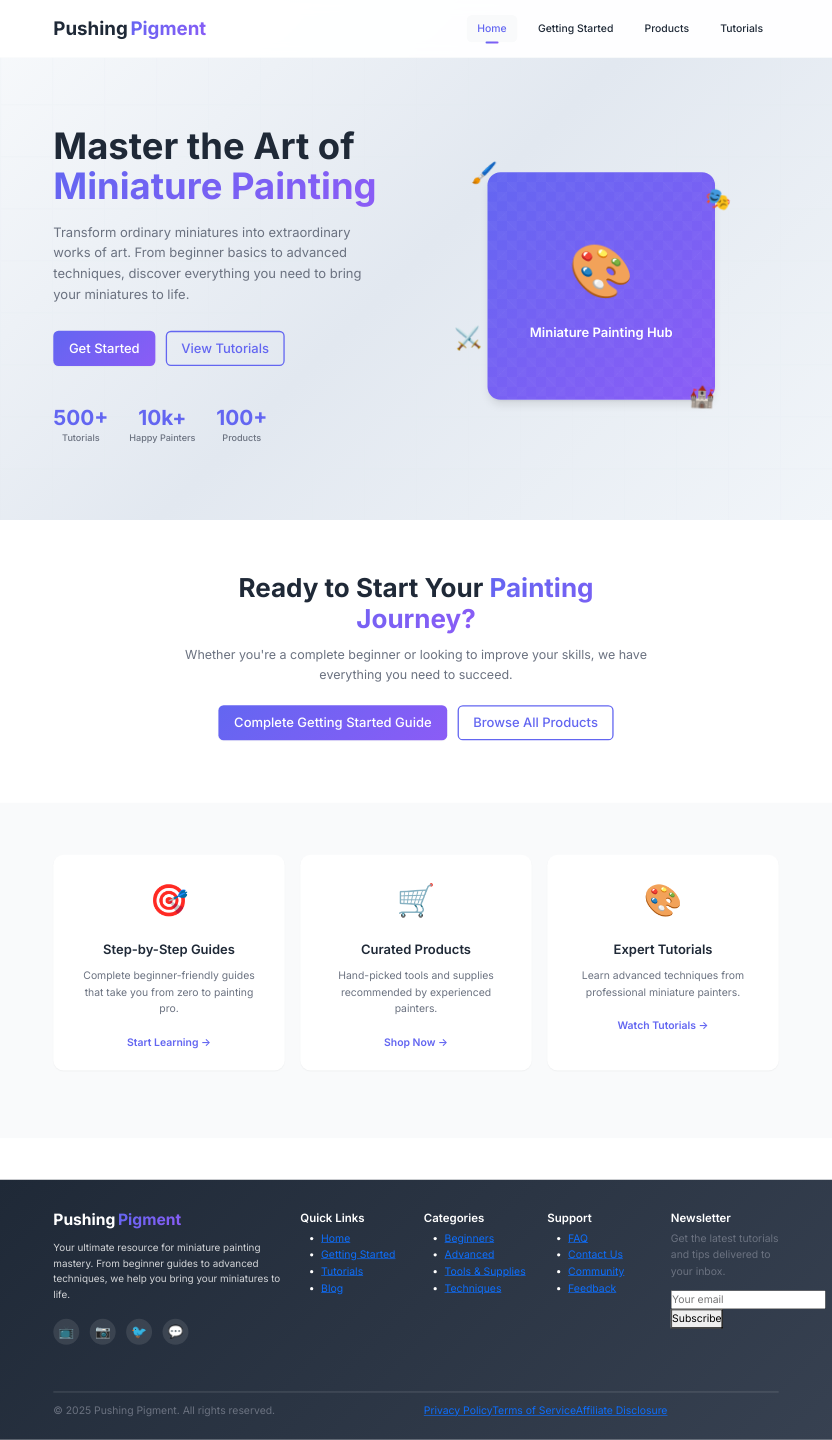
Repository: Aldentec/pushing-pigment-website
Page: /
These files come from the project's save history. The page is drawn as it stood at one moment and after the next save; the edit follows.
The browser window is 1280 px wide. The pictures show the whole page, at 65% of full size.
The project was rebuilt for these pictures with package versions that can differ from the ones it lists, and the page was loaded fresh each time. Also part of the build but not shown: src/data/tutorials.js, src/pages/Tutorials/Tutorials.css, src/pages/Tutorials/Tutorials.jsx, src/components/ProductCard/ProductCard.css, src/components/ProductCard/ProductCard.jsx, src/data/products.js, src/pages/Products/Products.css, src/pages/Products/Products.jsx and 3 more.

Above is the page before, as saved 2025-08-16 09:23:52.

### public/index.html
<!DOCTYPE html>
<html lang="en">
  <head>
    <meta charset="utf-8" />

    <!-- Basic Meta Tags -->
    <meta name="viewport" content="width=device-width, initial-scale=1" />
    <meta name="theme-color" content="#6366f1" />

    <!-- SEO Meta Tags -->
    <title>Pushing Pigment - Master Miniature Painting | Tutorials, Tools & Techniques</title>
    <meta name="description" content="Learn miniature painting with expert tutorials, essential tool guides, and step-by-step techniques. From beginner basics to advanced methods - your complete miniature painting resource." />
    <meta name="keywords" content="miniature painting, warhammer painting, mini painting tutorials, painting techniques, miniature paints, brushes, primer, tabletop gaming, model painting, acrylic paints" />
    <meta name="author" content="Pushing Pigment" />
    <meta name="robots" content="index, follow" />
    <link rel="canonical" href="https://pushingpigment.com" />

    <!-- Open Graph / Facebook -->
    <meta property="og:type" content="website" />
    <meta property="og:url" content="https://pushingpigment.com" />
    <meta property="og:title" content="Pushing Pigment - Master Miniature Painting | Tutorials & Tools" />
    <meta property="og:description" content="Learn miniature painting with expert tutorials, essential tool guides, and step-by-step techniques. From beginner basics to advanced methods." />
    <meta property="og:image" content="https://pushingpigment.com/og-image.jpg" />
    <meta property="og:site_name" content="Pushing Pigment" />
    <meta property="og:locale" content="en_US" />

    <!-- Twitter Card -->
    <meta property="twitter:card" content="summary_large_image" />
    <meta property="twitter:url" content="https://pushingpigment.com" />
    <meta property="twitter:title" content="Pushing Pigment - Master Miniature Painting" />
    <meta property="twitter:description" content="Learn miniature painting with expert tutorials, essential tool guides, and step-by-step techniques." />
    <meta property="twitter:image" content="https://pushingpigment.com/twitter-card.jpg" />
    <meta property="twitter:creator" content="@pushingpigment" />

    <!-- Additional SEO Tags -->
    <meta name="geo.region" content="US" />
    <meta name="geo.placename" content="United States" />
    <meta name="language" content="en-US" />
    <meta name="revisit-after" content="7 days" />
    <meta name="rating" content="general" />

    <!-- Favicons -->
    <link rel="icon" href="%PUBLIC_URL%/favicon.ico" />
    <link rel="apple-touch-icon" sizes="180x180" href="%PUBLIC_URL%/apple-touch-icon.png" />
    <link rel="icon" type="image/png" sizes="32x32" href="%PUBLIC_URL%/favicon-32x32.png" />
    <link rel="icon" type="image/png" sizes="16x16" href="%PUBLIC_URL%/favicon-16x16.png" />
    <link rel="manifest" href="%PUBLIC_URL%/site.webmanifest" />
    <link rel="mask-icon" href="%PUBLIC_URL%/safari-pinned-tab.svg" color="#6366f1" />
    <meta name="msapplication-TileColor" content="#6366f1" />
    <meta name="msapplication-config" content="%PUBLIC_URL%/browserconfig.xml" />

    <!-- Preconnect for Performance -->
    <link rel="preconnect" href="https://fonts.googleapis.com" />
    <link rel="preconnect" href="https://fonts.gstatic.com" crossorigin />
    <link rel="preconnect" href="https://www.amazon.com" />

    <!-- Google Fonts -->
    <link href="https://fonts.googleapis.com/css2?family=Inter:wght@300;400;500;600;700&display=swap" rel="stylesheet" />

    <!-- Structured Data / JSON-LD -->
    <script type="application/ld+json">
    {
      "@context": "https://schema.org",
      "@type": "WebSite",
      "name": "Pushing Pigment",
      "description": "Master miniature painting with expert tutorials, essential tool guides, and step-by-step techniques for all skill levels.",
      "url": "https://pushingpigment.com",
      "potentialAction": {
        "@type": "SearchAction",
        "target": {
          "@type": "EntryPoint",
          "urlTemplate": "https://pushingpigment.com/search?q={search_term_string}"
        },
        "query-input": "required name=search_term_string"
      },
      "publisher": {
        "@type": "Organization",
        "name": "Pushing Pigment",
        "url": "https://pushingpigment.com",
        "logo": {
          "@type": "ImageObject",
          "url": "https://pushingpigment.com/logo.png"
        },
        "sameAs": [
          "https://youtube.com/@pushingpigment",
          "https://instagram.com/pushingpigment",
          "https://twitter.com/pushingpigment"
        ]
      }
    }
    </script>

    <script type="application/ld+json">
    {
      "@context": "https://schema.org",
      "@type": "EducationalOrganization",
      "name": "Pushing Pigment",
      "description": "Educational resource for miniature painting techniques and tutorials",
      "url": "https://pushingpigment.com",
      "courseMode": "online",
      "educationalLevel": "Beginner to Advanced",
      "teaches": [
        "Miniature Painting",
        "Model Painting Techniques",
        "Acrylic Painting",
        "Brush Techniques",
        "Color Theory",
        "Weathering Effects"
      ]
    }
    </script>

    <!-- Amazon Associates Disclaimer -->
    <meta name="amazon-affiliate" content="true" />

    <!-- Performance Hints -->
    <link rel="dns-prefetch" href="//amazon.com" />
    <link rel="dns-prefetch" href="//images-amazon.com" />
    <link rel="dns-prefetch" href="//google-analytics.com" />

    <!-- Security Headers -->
    <meta http-equiv="X-Content-Type-Options" content="nosniff" />
    <meta http-equiv="X-Frame-Options" content="DENY" />
    <meta http-equiv="X-XSS-Protection" content="1; mode=block" />
    <meta name="referrer" content="strict-origin-when-cross-origin" />

    <!-- Google Analytics (Replace with your tracking ID) -->
    <!-- Global site tag (gtag.js) - Google Analytics -->
    <script async src="https://www.googletagmanager.com/gtag/js?id=GA_TRACKING_ID"></script>
    <script>
      window.dataLayer = window.dataLayer || [];
      function gtag(){dataLayer.push(arguments);}
      gtag('js', new Date());
      gtag('config', 'GA_TRACKING_ID');
    </script>

    <!-- Google Search Console Verification -->
    <meta name="google-site-verification" content="YOUR_VERIFICATION_CODE" />

    <!-- Bing Webmaster Tools Verification -->
    <meta name="msvalidate.01" content="YOUR_BING_VERIFICATION_CODE" />
  </head>
  <body>
    <noscript>
      <div style="text-align: center; padding: 50px; font-family: Arial, sans-serif;">
        <h1>JavaScript Required</h1>
        <p>You need to enable JavaScript to run this app and access all miniature painting tutorials and resources.</p>
        <p>Please enable JavaScript in your browser settings and reload the page.</p>
      </div>
    </noscript>

    <!-- Main App Container -->
    <div id="root"></div>

    <!-- Structured Data for Breadcrumbs -->
    <script type="application/ld+json">
    {
      "@context": "https://schema.org",
      "@type": "BreadcrumbList",
      "itemListElement": [
        {
          "@type": "ListItem",
          "position": 1,
          "name": "Home",
          "item": "https://pushingpigment.com"
        },
        {
          "@type": "ListItem",
          "position": 2,
          "name": "Getting Started",
          "item": "https://pushingpigment.com/products"
        },
        {
          "@type": "ListItem",
          "position": 3,
          "name": "Tutorials",
          "item": "https://pushingpigment.com/tutorials"
        }
      ]
    }
    </script>

    <!-- Service Worker Registration (Optional - for PWA features) -->
    <script>
      if ('serviceWorker' in navigator) {
        window.addEventListener('load', function() {
          navigator.serviceWorker.register('/sw.js')
            .then(function(registration) {
              console.log('SW registered: ', registration);
            })
            .catch(function(registrationError) {
              console.log('SW registration failed: ', registrationError);
            });
        });
      }
    </script>
  </body>
</html>

### src/App.jsx
import React from 'react';
import { BrowserRouter as Router, Routes, Route } from 'react-router-dom';
import 'bootstrap/dist/css/bootstrap.min.css';
import './styles/global.css';
import './App.css';

// Components
import Navigation from './components/Navigation/Navigation';
import Footer from './components/Footer/Footer';

// Pages
import Home from './pages/Home/Home';
import Tutorials from './pages/Tutorials/Tutorials';
import Products from './pages/Products/Products';
import GettingStarted from './pages/GettingStarted/GettingStarted';

function App() {
  return (
    <Router>
      <div className="App">
        <Navigation />
        <main>
          <Routes>
            <Route path="/" element={<Home />} />
            <Route path="/getting-started" element={<GettingStarted />} />
            <Route path="/products" element={<Products />} />
            <Route path="/tutorials" element={<Tutorials />} />
          </Routes>
        </main>
        <Footer />
      </div>
    </Router>
  );
}

export default App;

### src/App.css
/* App-specific styles */
.App {
  min-height: 100vh;
  display: flex;
  flex-direction: column;
}

main {
  flex: 1;
}

/* Global overrides for Bootstrap */
.btn:focus {
  box-shadow: none;
}

.btn-primary {
  background: var(--gradient-primary);
  border: none;
}

.btn-primary:hover,
.btn-primary:focus,
.btn-primary:active {
  background: var(--gradient-primary);
  filter: brightness(1.1);
  border: none;
}

.btn-outline-primary {
  border-color: var(--primary-color);
  color: var(--primary-color);
}

.btn-outline-primary:hover,
.btn-outline-primary:focus,
.btn-outline-primary:active {
  background: var(--primary-color);
  border-color: var(--primary-color);
  color: white;
}

/* Custom scrollbar */
::-webkit-scrollbar {
  width: 8px;
}

::-webkit-scrollbar-track {
  background: var(--bg-light);
}

::-webkit-scrollbar-thumb {
  background: var(--primary-color);
  border-radius: 4px;
}

::-webkit-scrollbar-thumb:hover {
  background: var(--secondary-color);
}

/* Smooth scrolling */
html {
  scroll-behavior: smooth;
}

/* Focus styles for accessibility */
*:focus {
  outline: 2px solid var(--primary-color);
  outline-offset: 2px;
}

.btn:focus,
.form-control:focus,
.form-select:focus {
  outline: none;
  box-shadow: 0 0 0 0.2rem rgba(99, 102, 241, 0.25);
}

### src/components/Navigation/Navigation.jsx
import React, { useState, useEffect } from 'react';
import { Navbar, Nav, Container } from 'react-bootstrap';
import { Link, useLocation } from 'react-router-dom';
import './Navigation.css';

const Navigation = () => {
  const [scrolled, setScrolled] = useState(false);
  const location = useLocation();

  useEffect(() => {
    const handleScroll = () => {
      const isScrolled = window.scrollY > 50;
      setScrolled(isScrolled);
    };

    window.addEventListener('scroll', handleScroll);
    return () => window.removeEventListener('scroll', handleScroll);
  }, []);

  return (
    <Navbar
      expand="lg"
      fixed="top"
      className={`custom-navbar ${scrolled ? 'scrolled' : ''}`}
    >
      <Container>
        <Navbar.Brand as={Link} to="/" className="brand-logo">
          <span className="brand-text">Pushing</span>
          <span className="brand-accent">Pigment</span>
        </Navbar.Brand>

        <Navbar.Toggle aria-controls="basic-navbar-nav" />

        <Navbar.Collapse id="basic-navbar-nav">
          <Nav className="ms-auto">
            <Nav.Link
              as={Link}
              to="/"
              className={location.pathname === '/' ? 'active' : ''}
            >
              Home
            </Nav.Link>
            <Nav.Link
              as={Link}
              to="/getting-started"
              className={location.pathname === '/getting-started' ? 'active' : ''}
            >
              Getting Started
            </Nav.Link>
            <Nav.Link
              as={Link}
              to="/products"
              className={location.pathname === '/products' ? 'active' : ''}
            >
              Products
            </Nav.Link>
            <Nav.Link
              as={Link}
              to="/tutorials"
              className={location.pathname === '/tutorials' ? 'active' : ''}
            >
              Tutorials
            </Nav.Link>
          </Nav>
        </Navbar.Collapse>
      </Container>
    </Navbar>
  );
};

export default Navigation;

### src/components/Navigation/Navigation.css
.custom-navbar {
  background: rgba(255, 255, 255, 0.95);
  backdrop-filter: blur(10px);
  border-bottom: 1px solid rgba(229, 231, 235, 0.3);
  transition: all 0.3s ease;
  padding: 1rem 0;
}

.custom-navbar.scrolled {
  background: rgba(255, 255, 255, 0.98);
  box-shadow: 0 4px 20px rgba(0, 0, 0, 0.1);
  padding: 0.5rem 0;
}

.brand-logo {
  font-size: 1.8rem;
  font-weight: 700;
  text-decoration: none;
  display: flex;
  align-items: center;
}

.brand-text {
  color: var(--text-dark);
  margin-right: 0.25rem;
}

.brand-accent {
  background: var(--gradient-primary);
  -webkit-background-clip: text;
  -webkit-text-fill-color: transparent;
  background-clip: text;
}

.navbar-nav .nav-link {
  font-weight: 500;
  color: var(--text-dark) !important;
  margin: 0 0.5rem;
  padding: 0.5rem 1rem !important;
  border-radius: 8px;
  transition: all 0.3s ease;
  position: relative;
}

.navbar-nav .nav-link:hover {
  color: var(--primary-color) !important;
  background: var(--bg-light);
}

.navbar-nav .nav-link.active {
  color: var(--primary-color) !important;
  background: var(--bg-light);
}

.navbar-nav .nav-link.active::after {
  content: '';
  position: absolute;
  bottom: -2px;
  left: 50%;
  transform: translateX(-50%);
  width: 20px;
  height: 3px;
  background: var(--gradient-primary);
  border-radius: 2px;
}

.navbar-toggler {
  border: none;
  padding: 0.25rem 0.5rem;
}

.navbar-toggler:focus {
  box-shadow: none;
}

.navbar-toggler-icon {
  background-image: url("data:[embedded picture, 228 characters]");
}

@media (max-width: 991px) {
  .custom-navbar {
    padding: 0.75rem 0;
  }

  .navbar-nav .nav-link {
    margin: 0.25rem 0;
    text-align: center;
  }

  .navbar-nav .nav-link.active::after {
    display: none;
  }
}

### src/components/Footer/Footer.css
.site-footer {
  background: linear-gradient(135deg, var(--text-dark) 0%, #374151 100%);
  color: white;
  padding: 3rem 0 1rem;
  margin-top: 4rem;
}

.footer-section {
  margin-bottom: 2rem;
}

.footer-brand {
  font-size: 1.5rem;
  font-weight: 700;
  margin-bottom: 1rem;
  display: flex;
  align-items: center;
}

.footer-brand .brand-text {
  color: white;
  margin-right: 0.25rem;
}

.footer-brand .brand-accent {
  background: var(--gradient-primary);
  -webkit-background-clip: text;
  -webkit-text-fill-color: transparent;
  background-clip: text;
}

.footer-description {
  color: rgba(255, 255, 255, 0.8);
  line-height: 1.6;
  margin-bottom: 1.5rem;
  font-size: 0.95rem;
}

.social-links {
  display: flex;
  gap: 1rem;
}

.social-link {
  display: inline-flex;
  align-items: center;
  justify-content: center;
  width: 40px;
  height: 40px;
  background: rgba(255, 255, 255, 0.1);
  border-radius: 50%;
  color: white;
  text-decoration: none;
  font-size: 1.2rem;
  transition: all 0.3s ease;
}

### src/components/Hero/Hero.jsx
import React from 'react';
import { Container, Row, Col, Button } from 'react-bootstrap';
import { Link } from 'react-router-dom';
import './Hero.css';

const Hero = () => {
  return (
    <section className="hero-section">
      <div className="hero-background"></div>
      <Container>
        <Row className="align-items-center min-vh-100 py-5">
          <Col lg={6} className="hero-content">
            <div className="fade-in-up">
              <h1 className="hero-title">
                Master the Art of
                <span className="gradient-text"> Miniature Painting</span>
              </h1>
              <p className="hero-description">
                Transform ordinary miniatures into extraordinary works of art.
                From beginner basics to advanced techniques, discover everything
                you need to bring your miniatures to life.
              </p>
              <div className="hero-buttons">
                <Button
                  as={Link}
                  to="/getting-started"
                  className="btn-primary-custom me-3 mb-3"
                  size="lg"
                >
                  Get Started
                </Button>
                <Button
                  as={Link}
                  to="/tutorials"
                  variant="outline-primary"
                  className="btn-outline-custom mb-3"
                  size="lg"
                >
                  View Tutorials
                </Button>
              </div>
              <div className="hero-stats">
                <div className="stat-item">
                  <span className="stat-number">500+</span>
                  <span className="stat-label">Tutorials</span>
                </div>
                <div className="stat-item">
                  <span className="stat-number">10k+</span>
                  <span className="stat-label">Happy Painters</span>
                </div>
                <div className="stat-item">
                  <span className="stat-number">100+</span>
                  <span className="stat-label">Products</span>
                </div>
              </div>
            </div>
          </Col>
          <Col lg={6} className="hero-image-col">
            <div className="hero-image-container fade-in-up">
              <div className="hero-image-placeholder">
                <div className="paintbrush-icon">🎨</div>
                <p>Miniature Painting Hub</p>
              </div>
              <div className="floating-elements">
                <div className="floating-element element-1">🖌️</div>
                <div className="floating-element element-2">🎭</div>
                <div className="floating-element element-3">⚔️</div>
                <div className="floating-element element-4">🏰</div>
              </div>
            </div>
          </Col>
        </Row>
      </Container>
    </section>
  );
};

export default Hero;

### src/pages/Home/Home.css
/* Home Page Styles */

.home-page {
  /* Base styles */
}

/* Quick Start Section */
.quick-start-section {
  background: white;
}

.quick-start-buttons {
  margin-top: 2rem;
}

/* Features Section */
.features-section {
  background: var(--bg-light);
}

.feature-card {
  background: white;
  padding: 2rem;
  border-radius: 16px;
  box-shadow: var(--shadow-sm);
  text-align: center;
  height: 100%;
  transition: all 0.3s ease;
}

.feature-card:hover {
  transform: translateY(-8px);
  box-shadow: var(--shadow-lg);
}

.feature-icon {
  font-size: 3rem;
  margin-bottom: 1.5rem;
}

.feature-card h4 {
  font-size: 1.25rem;
  font-weight: 600;
  color: var(--text-dark);
  margin-bottom: 1rem;
}

.feature-card p {
  color: var(--text-light);
  margin-bottom: 1.5rem;
  line-height: 1.6;
}

.feature-link {
  color: var(--primary-color);
  font-weight: 600;
  text-decoration: none;
  padding: 0;
  border: none;
  background: none;
  transition: color 0.3s ease;
}

.feature-link:hover {
  color: var(--secondary-color);
  text-decoration: none;
}

.section-title {
  font-size: 2.5rem;
  font-weight: 700;
  margin-bottom: 1rem;
  color: var(--text-dark);
}

.section-description {
  font-size: 1.2rem;
  color: var(--text-light);
  line-height: 1.6;
  margin-bottom: 2rem;
}

/* Responsive */
@media (max-width: 768px) {
  .section-title {
    font-size: 2rem;
  }

  .section-description {
    font-size: 1.1rem;
  }

  .feature-card {
    padding: 1.5rem;
  }

  .feature-icon {
    font-size: 2.5rem;
  }

  .quick-start-buttons .btn {
    width: 100%;
    margin-bottom: 1rem;
  }

  .quick-start-buttons .btn:last-child {
    margin-bottom: 0;
  }
}

Loaded but not shown: src/index.tsx (common file); src/index.css (common file); src/reportWebVitals.ts (common file); src/components/GettingStarted/GettingStarted.css (382 lines, source omitted); src/components/Hero/Hero.css (266 lines, source omitted); src/components/Footer/Footer.jsx (118 lines, source omitted); src/styles/global.css (170 lines, source omitted); src/pages/Home/Home.jsx (89 lines, source omitted)

After the next save:
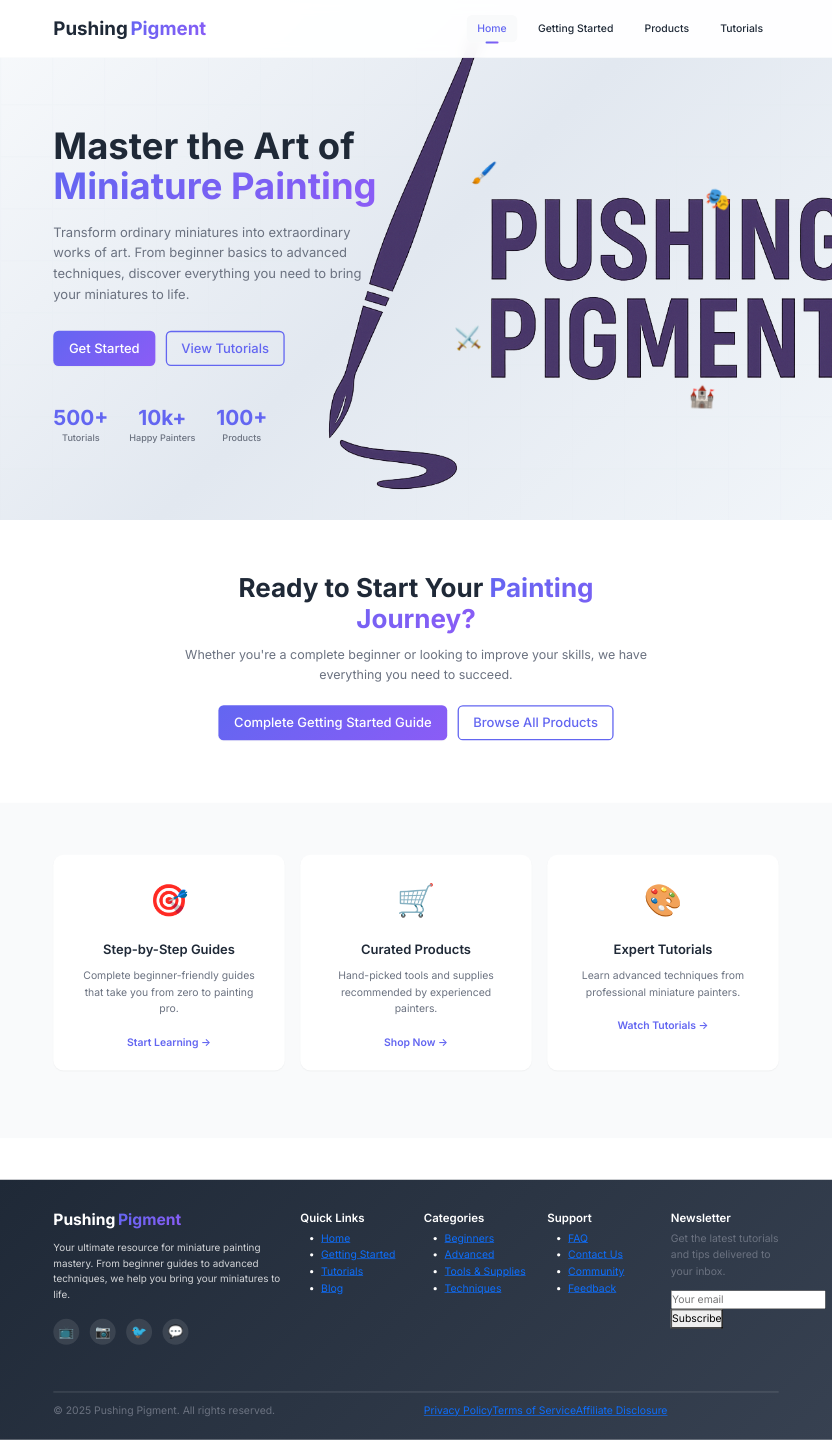
Saved 30 min 21 s later.
--- a/src/components/Hero/Hero.jsx
+++ b/src/components/Hero/Hero.jsx
@@ -1,6 +1,7 @@
 import React from 'react';
 import { Container, Row, Col, Button } from 'react-bootstrap';
 import { Link } from 'react-router-dom';
+import pushingPigmentLogo from '../../assets/pushing-pigment-logo.png';
 import './Hero.css';
 
 const Hero = () => {
@@ -57,9 +58,15 @@
           </Col>
           <Col lg={6} className="hero-image-col">
             <div className="hero-image-container fade-in-up">
-              <div className="hero-image-placeholder">
-                <div className="paintbrush-icon">🎨</div>
-                <p>Miniature Painting Hub</p>
+              <div className="hero-logo-container">
+                <img
+                  src={pushingPigmentLogo}
+                  alt="Pushing Pigment - Miniature Painting Hub"
+                  className="hero-logo"
+                />
+                <div className="hero-logo-overlay">
+                  <h3 className="hero-logo-tagline">Your Miniature Painting Journey Starts Here</h3>
+                </div>
               </div>
               <div className="floating-elements">
                 <div className="floating-element element-1">🖌️</div>
